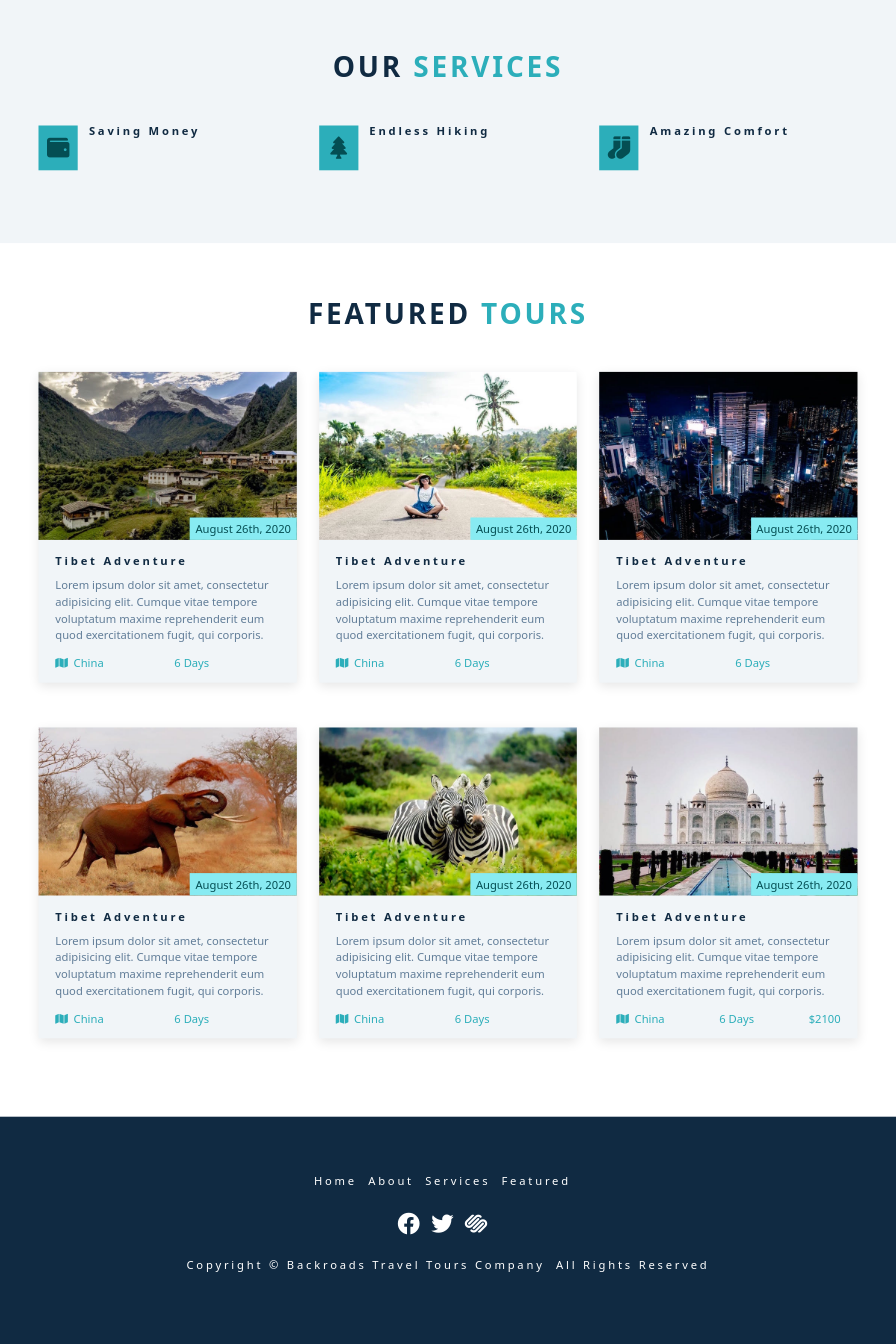
Repository: EdurdodaSilva/Ract_Basic
Page: /
An editor plug-in stored every save of this project. The page is shown before and after the next save, followed by the edit.
The browser window is 1280 px wide. The pictures show the part of the page from y = 1415 to 3335 px (the page is 3335 px tall), at 70% of full size.
Some web libraries are served in a nearby version. The project was rebuilt for these pictures with package versions that can differ from the ones it lists, and the page was loaded fresh each time.

Above is the page before, as saved 2024-08-30 07:03:09.

After the next save:
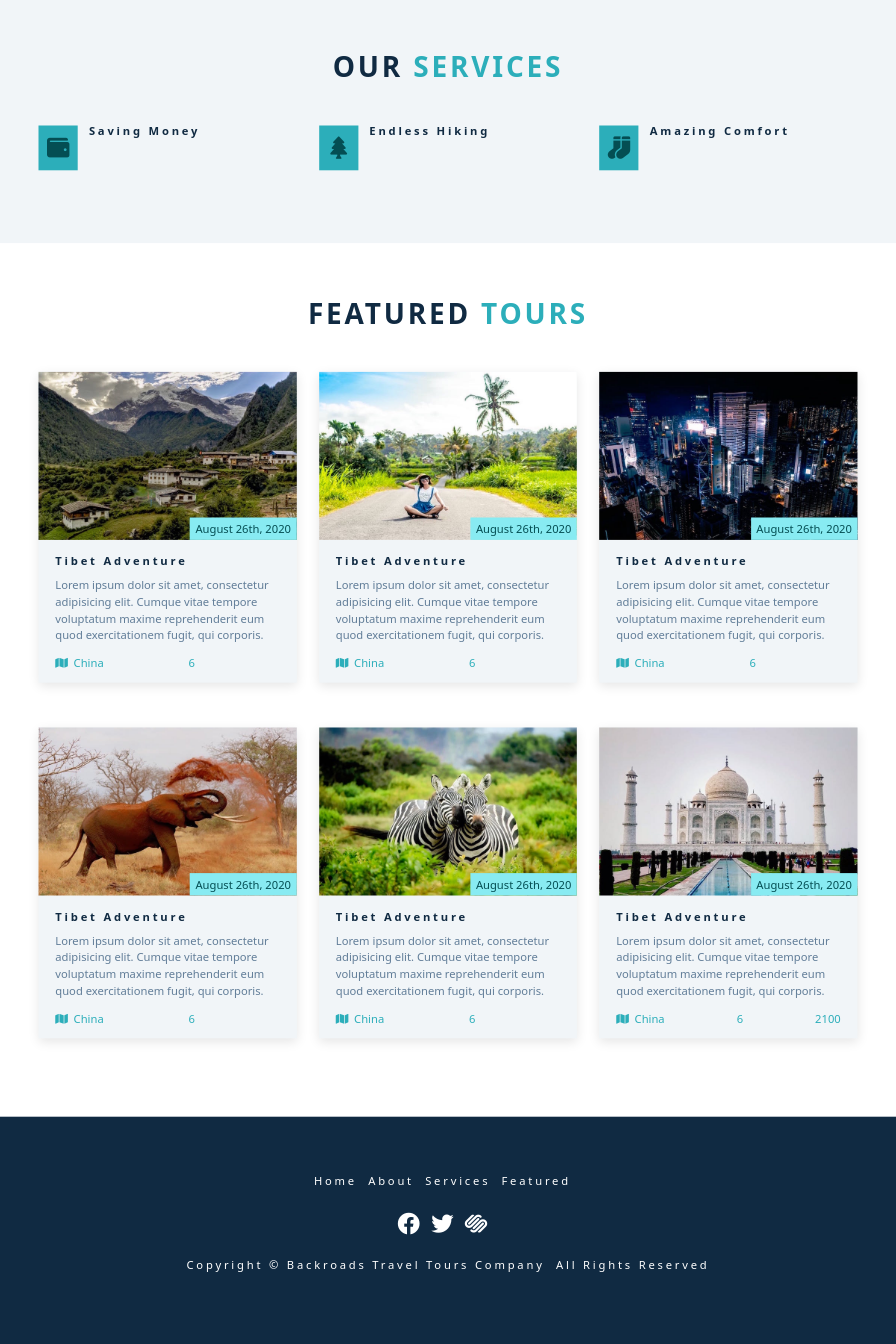
Saved 3 min 31 s later.
--- a/src/data.js
+++ b/src/data.js
@@ -62,8 +62,8 @@ export const tours = [
                             reprehenderit eum quod exercitationem fugit, qui
                             corporis. `,
         location: "China",
-        duration: "6 Days",
-        money: "$2100",
+        duration: "6 ",
+        money: "2100",
     },
     {
         id: 2,
@@ -75,8 +75,8 @@ export const tours = [
                             reprehenderit eum quod exercitationem fugit, qui
                             corporis. `,
         location: "China",
-        duration: "6 Days",
-        money: "$2100",
+        duration: "6",
+        money: "2100",
     },
     {
         id: 3,
@@ -88,8 +88,8 @@ export const tours = [
                             reprehenderit eum quod exercitationem fugit, qui
                             corporis. `,
         location: "China",
-        duration: "6 Days",
-        money: "$2100",
+        duration: "6",
+        money: "2100",
     },
     {
         id: 4,
@@ -101,8 +101,8 @@ export const tours = [
                             reprehenderit eum quod exercitationem fugit, qui
                             corporis. `,
         location: "China",
-        duration: "6 Days",
-        money: "$2100",
+        duration: "6",
+        money: "2100",
     },
     {
         id: 5,
@@ -114,8 +114,8 @@ export const tours = [
                             reprehenderit eum quod exercitationem fugit, qui
                             corporis. `,
         location: "China",
-        duration: "6 Days",
-        money: "$2100",
+        duration: "6",
+        money: "2100",
     },
     {
         id: 6,
@@ -127,7 +127,7 @@ export const tours = [
                             reprehenderit eum quod exercitationem fugit, qui
                             corporis. `,
         location: "China",
-        duration: "6 Days",
-        coast: "$2100",
+        duration: "6 ",
+        coast: "2100",
     },
 ];
